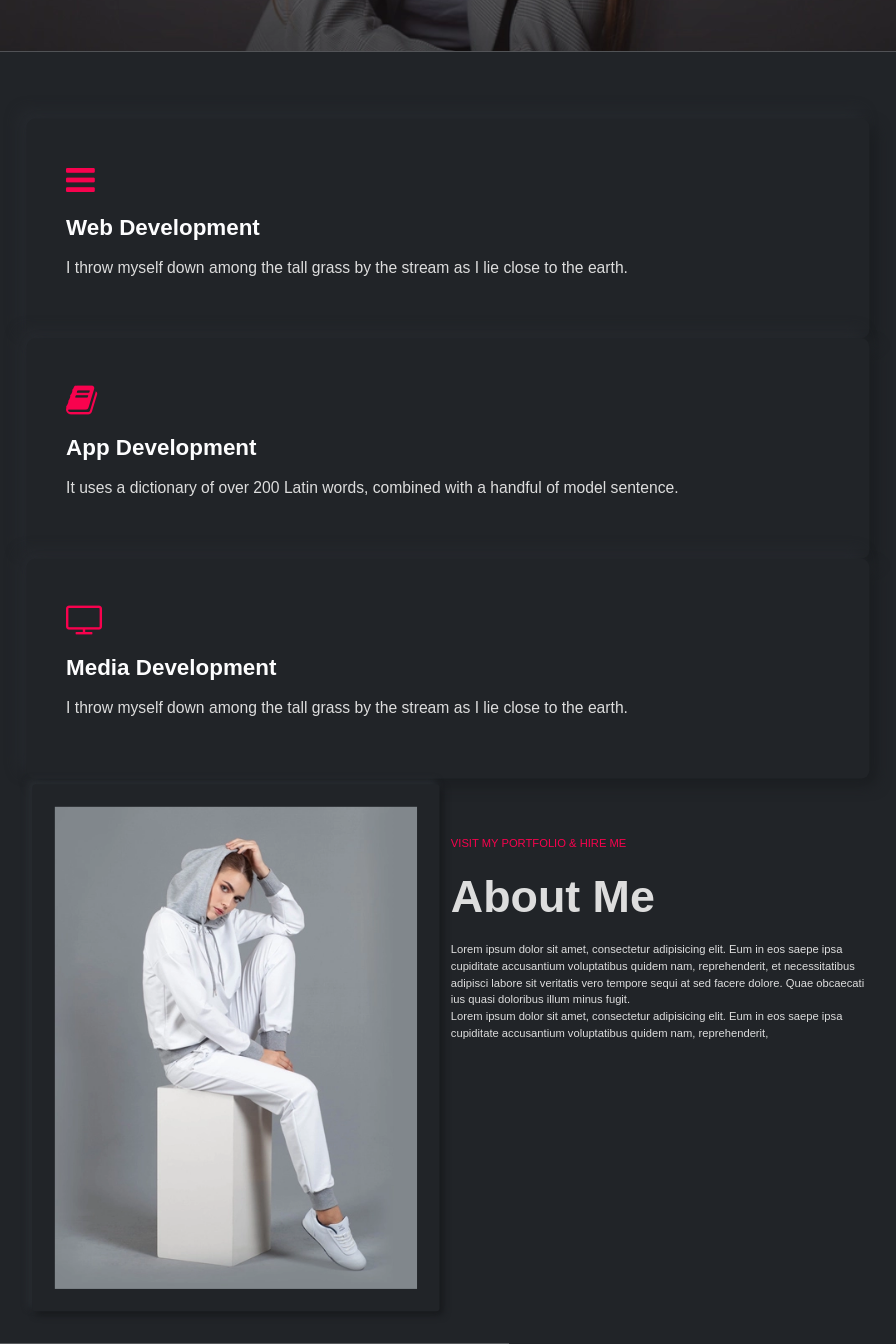
Repository: arminprogramme/inbio
Page: /
An editor plug-in stored every save of this project. The page is shown before and after the next save, followed by the edit.
The browser window is 1280 px wide. The pictures show the part of the page from y = 795 to 2715 px (the page is 2715 px tall), at 70% of full size.
Some web libraries are served in a nearby version. The project was rebuilt for these pictures with package versions that can differ from the ones it lists, and the page was loaded fresh each time. Also part of the build but not shown: vite.config.js.

Above is the page before, as saved 2023-10-20 03:41:06.

### index.html
<!doctype html>
<html lang="en">

<head>
    <meta charset="UTF-8" />
    <link rel="icon" type="image/svg+xml" href="/vite.svg" />
    <link rel="stylesheet" href="https://cdnjs.cloudflare.com/ajax/libs/font-awesome/4.7.0/css/font-awesome.min.css">
    <link href="https://cdnjs.cloudflare.com/ajax/libs/flowbite/1.8.1/flowbite.min.css" rel="stylesheet" />
    <meta name="viewport" content="width=device-width, initial-scale=1.0" />
    <title>Vite + React</title>
</head>

<body>
    <div id="root"></div>
    <script src="https://cdnjs.cloudflare.com/ajax/libs/flowbite/1.8.1/flowbite.min.js"></script>
    <script type="module" src="/src/main.jsx"></script>
</body>

</html>

### src/App.jsx
import   { Component } from 'react';
import LandingPage from './Component/LandingPage.jsx'
import './App.css'

class App extends Component {


  render() {
    return (
    <div>
      <LandingPage />
    </div>
    );
  }


}

export default App;

### src/index.css
:root {
    font-family: Inter, system-ui, Avenir, Helvetica, Arial, sans-serif;
}

a {
    font-weight: 500;
    color: #646cff;
    text-decoration: inherit;
}

* {
    padding: 0;
    margin: 0;
    box-sizing: border-box;
}

@tailwind base;
@tailwind components;
@tailwind utilities;
a:hover {
    color: #535bf2;
}

body {
    margin: 0;
    font-family: 'Vazir', sans-serif;
}

h1 {
    font-size: 3.2em;
    line-height: 1.1;
}

@media (prefers-color-scheme: light) {
     :root {
        color: #213547;
        background-color: #ffffff;
    }
    a:hover {
        color: #747bff;
    }
    button {
        background-color: #f9f9f9;
    }
}

### src/Component/LandingPage.jsx
import  { Component } from 'react';
import Header from './Header/Header.jsx'
import Body from './Body/Body.jsx'
//import Footer from './Footer/Footer.jsx'
class LandingPage extends Component {
    render() {
        return (
            <div>
                <Header/>
                <Body/>

            </div>
        );
    }
}

export default LandingPage;

### src/Component/Header/Header.jsx
import  { Component } from 'react';
import NavBar from './Navbar.jsx'
import './Header.css'
class Header extends Component {
    render() {
        return (
            <div>
                <NavBar/>
                <div className="banner-header text-center">
                    <h1 className='font-bold text-white'>KRISTINA SOMOLYER</h1>
                    <p>American Supermodel & Entrepreneur</p>
                </div>
            </div>
        );
    }
}

export default Header;

### src/Component/Body/Body.jsx
import  { Component } from 'react';
import Services from './Services/Services.jsx'
import About from './About/About.jsx'
import './Body.css'
class Body extends Component {
    render() {
        return (
            <>
            <div className='black-bg '>
                <div className="limit-width">
                    <Services/>
                    <About/>
                </div>
            </div>
            </>
        );
    }
}

export default Body;

### src/Component/Header/Navbar.jsx
import  { Component } from 'react';

class Navbar extends Component {
    render() {
        return (
            <div>

<nav className=" black-bg">
  <div className="max-w-screen-xl flex flex-wrap items-center justify-between mx-auto p-6">
    <a href="https://.com/" className="flex items-center">
       <h2 className='text-white'>React Project</h2>
    </a>
    <button data-collapse-toggle="navbar-default" type="button"  className="inline-flex items-center p-2 w-10 h-10 justify-center text-sm text-white rounded-lg md:hidden " aria-controls="navbar-default" aria-expanded="false">
    <i className="fa fa-bars text-white"></i>

    </button>
    <div className="hidden w-full md:block md:w-auto" id="navbar-default">
      <ul className="font-medium flex flex-col p-4 md:p-0 mt-4 border border-gray-100 rounded-lg text-white md:flex-row md:space-x-8 md:mt-0 md:border-0 black-bg">
        <li>
          <a href="#" className="block py-2 pl-3 pr-4 text-white md:hover:text-gray-700 dark:text-white md:dark:hover:text-gray-500 rounded md:bg-transparent md:p-0 " aria-current="page">Home</a>
        </li>
        <li>
          <a href="#" className="block py-2 pl-3 pr-4 text-gray-900 rounded hover:bg-gray-100 md:hover:bg-transparent md:border-0 md:hover:text-gray-700 md:p-0 dark:text-white md:dark:hover:text-gray-500 dark:hover:bg-gray-700 dark:hover:text-white md:dark:hover:bg-transparent">About</a>
        </li>
        <li>
          <a href="#" className="block py-2 pl-3 pr-4 text-gray-900 rounded md:hover:text-gray-700 md:p-0 dark:text-white md:dark:hover:text-gray-500 dark:hover:bg-gray-700 dark:hover:text-white md:dark:hover:bg-transparent">Services</a>
        </li>
        <li>
          <a href="#" className="block py-2 pl-3 pr-4 text-gray-900 rounded hover:bg-gray-100 md:hover:bg-transparent md:border-0 md:hover:text-gray-700 md:p-0 dark:text-white md:dark:hover:text-gray-500 dark:hover:bg-gray-700 dark:hover:text-white md:dark:hover:bg-transparent">Pricing</a>
        </li>
        <li>
          <a href="#" className="block py-2 pl-3 pr-4 text-gray-900 rounded hover:bg-gray-100 md:hover:bg-transparent md:border-0md:hover:text-gray-700 md:p-0 dark:text-white md:dark:hover:text-gray-500 dark:hover:bg-gray-700 dark:hover:text-white md:dark:hover:bg-transparent">Contact</a>
        </li>
      </ul>
    </div>
  </div>
</nav>

            </div>
        );
    }
}

export default Navbar;

### src/Component/Header/Header.css
.black-bg {
    background-color: #212428;
}

.banner-header {
    background-image: url(../../../bg-image-12.webp);
    background-position: center;
    background-size: cover;
    padding: 20.25rem 0;
}

.banner-header h1 {
    letter-spacing: 6px;
    font-size: 3.2rem;
}

.banner-header p {
    letter-spacing: 6px;
    font-size: 1.2rem;
    padding: 2rem 0;
    color: #fff;
}

### src/Component/Body/Services/Services.jsx
import  { Component } from 'react';
import ServicesItem from './ServicesItem.jsx'
import './Services.css'
class Services extends Component {

    constructor(props){
        super(props)

        this.state = {
            services : [
                {id : 1 , icon : 'red-color fa fa-bars' , title : 'Web Development' , text : 'I throw myself down among the tall grass by the stream as I lie close to the earth.'},
                {id : 2 , icon : 'red-color fa fa-book' , title : 'App Development' , text : 'It uses a dictionary of over 200 Latin words, combined with a handful of model sentence.'},
                {id : 3 , icon : 'red-color fa fa-television' , title : 'Media Development' , text : 'I throw myself down among the tall grass by the stream as I lie close to the earth.'},
            ]
        }
    }
    render() {
        return (
            <div>
              <div className="grid  grid-cols-1 lg:grid-cols-3 gap-10">
              {this.state.services.map(services => {
                return <ServicesItem key={services.id} {...services} />
               })}
              </div>
            </div>
        );
    }
}

export default Services;

### src/Component/Body/About/About.jsx
import  { Component } from 'react';
import   './About.css'
class About extends Component {
    render() {
        return (
            <div>
                <div className="about-container my-52 grid grid-cols-1 lg:grid-cols-2 gap-2">
                    <div className="img-about">
                        <div className="inner-img-about">
                            <img src="about-5.webp" className='rounded' alt="" />
                        </div>
                    </div>
                    <div className="content-about">
                        <h5 className='red-color'>VISIT MY PORTFOLIO & HIRE ME</h5>
                        <h2>About Me</h2>
                        <p>Lorem ipsum dolor sit amet, consectetur adipisicing elit. Eum in eos saepe ipsa cupiditate accusantium voluptatibus quidem nam, reprehenderit, et necessitatibus adipisci labore sit veritatis vero tempore sequi at sed facere dolore. Quae obcaecati ius quasi doloribus illum minus fugit.</p>
                        <p>Lorem ipsum dolor sit amet, consectetur adipisicing elit. Eum in eos saepe ipsa cupiditate accusantium voluptatibus quidem nam, reprehenderit,</p>
                    </div>
                </div>
            </div>
        );
    }
}

export default About;

### src/Component/Body/Body.css
.limit-width {
    max-width: 1450px;
    padding: 6rem 3% 3%;
    margin: auto;
}

### src/Component/Body/Services/ServicesItem.jsx
import { Component } from 'react';

class ServicesItem extends Component {
    render() {
        return (
            <div className='services-item'>
                <div className="icon-services">
                    <i className={this.props.icon}></i>
                </div>
                <div className="content-services">
                <h2 className='font-bold'>{this.props.title}</h2>
                <p>{this.props.text}</p>
                </div>
            </div>
        );
    }
}

export default ServicesItem;

### src/Component/Body/Services/Services.css
.icon-services i {
    font-size: 3rem;
}

.red-color {
    color: #f8024e;
}

.content-services {
    padding: 1.2rem 0;
    color: #FDFDFE;
}

.content-services h2 {
    font-size: 2rem;
    padding-bottom: 1rem;
}

.content-services p {
    line-height: 2.25rem;
    font-size: 1.4rem;
}

.services-item {
    border-radius: 12px;
    transition: 0.5s!important;
    padding: 4rem 3.5rem;
    background: #212428;
    box-shadow: 10px 10px 20px #1b1e21, -10px -10px 20px #272a2f;
    -webkit-transition: 0.5s!important;
    -moz-transition: 0.5s!important;
    -ms-transition: 0.5s!important;
    -o-transition: 0.5s!important;
    cursor: pointer;
}

.services-item:hover {
    border-radius: 12px;
    transform: translateY(-1.2rem);
    transition: 0.5s!important;
    background: linear-gradient(145deg, #23272b, #16171a);
    box-shadow: 10px 10px 13px #1b1e21, -10px -10px 13px #272a2f;
    -webkit-transition: 0.5s!important;
    -moz-transition: 0.5s!important;
    -ms-transition: 0.5s!important;
    -o-transition: 0.5s!important;
    -webkit-transform: translateY(-1.2rem);
    -moz-transform: translateY(-1.2rem);
    -ms-transform: translateY(-1.2rem);
    -o-transform: translateY(-1.2rem);
}

### src/Component/Body/About/About.css
.inner-img-about,
.img-about {
    padding: 0.5rem;
    border-radius: 5px;
    max-width: 100%;
}

.inner-img-about {
    border-radius: 5px;
    background: #212428;
    box-shadow: 5px 5px 10px #17191c, -5px -5px 10px #2b2f34;
    -webkit-border-radius: 5px;
    -moz-border-radius: 5px;
    -ms-border-radius: 5px;
    -o-border-radius: 5px;
}

.inner-img-about img {
    width: 100%;
    border-radius: 5px!important;
    -webkit-border-radius: 5px!important;
    -moz-border-radius: 5px!important;
    padding: 1.5rem;
    -ms-border-radius: 5px!important;
    -o-border-radius: 5px!important;
}

.content-about {
    margin: 5rem 0;
}

.content-about h2,
p {
    color: #ddd;
}

.content-about h2 {
    font-size: 4rem;
    padding: 1rem 0;
    font-weight: bold;
}

Loaded but not shown: src/main.jsx (common file); src/App.css (common file)

After the next save:
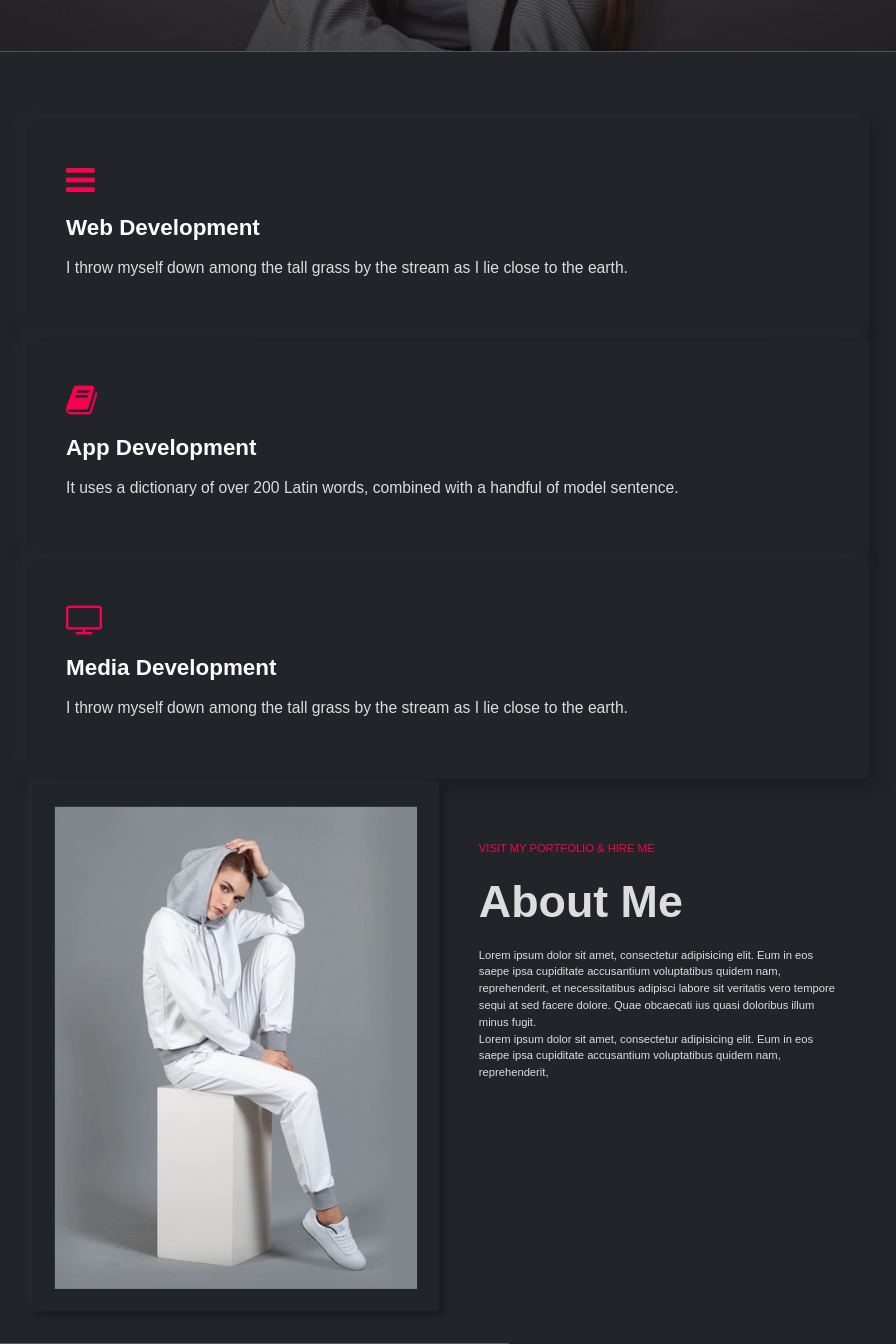
Saved 14 s later.
--- a/src/Component/Body/About/About.css
+++ b/src/Component/Body/About/About.css
@@ -26,7 +26,7 @@
 }
 
 .content-about {
-    margin: 5rem 0;
+    margin: 5.5rem 2.5rem;
 }
 
 .content-about h2,
